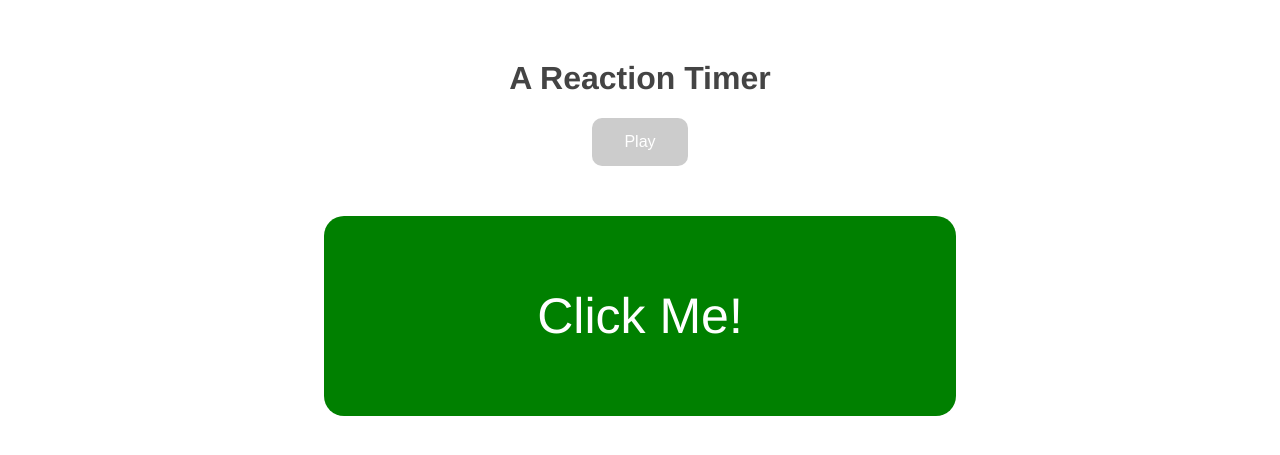
Repository: qudos4real/reaction-timer
Page: /, after clicking the first element matching `button`
An editor plug-in stored every save of this project. The page is shown before and after the next save, followed by the edit.
The browser window is 1280 px wide. The pictures show the whole page.
The project was rebuilt for these pictures with package versions that can differ from the ones it lists, and the page was loaded fresh each time. Also part of the build but not shown: vue.config.js, src/components/Results.vue.

Above is the page before, as saved 2022-12-28 15:45:37.

After the next save:
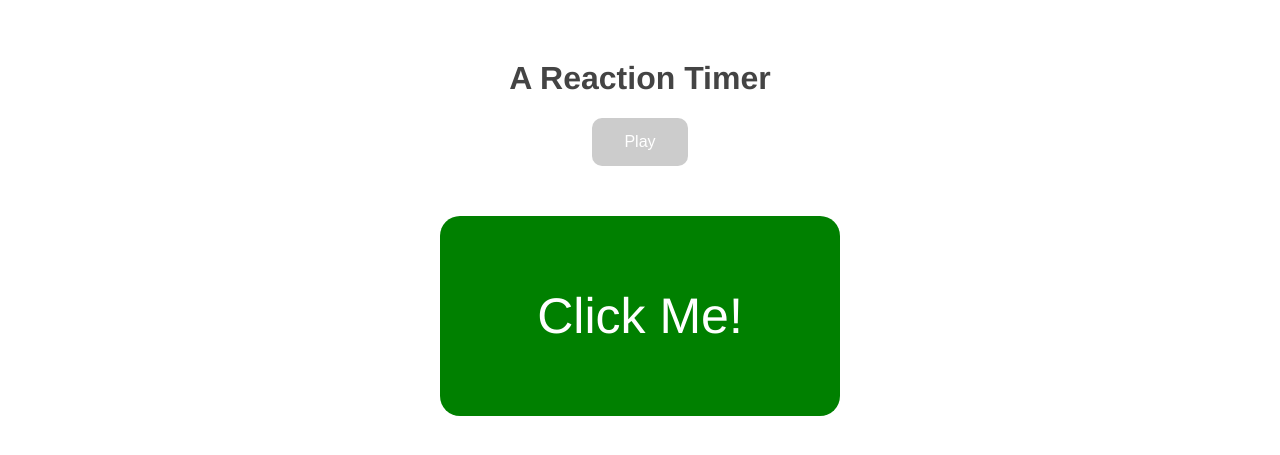
Saved 32 s later.
--- a/src/components/Block.vue
+++ b/src/components/Block.vue
@@ -40,6 +40,7 @@ methods: {
 <style>
 .block {
     width: 50%;
+    max-width: 400px;
     border-radius: 20px;
     text-align: center;
     margin: 50px auto;
